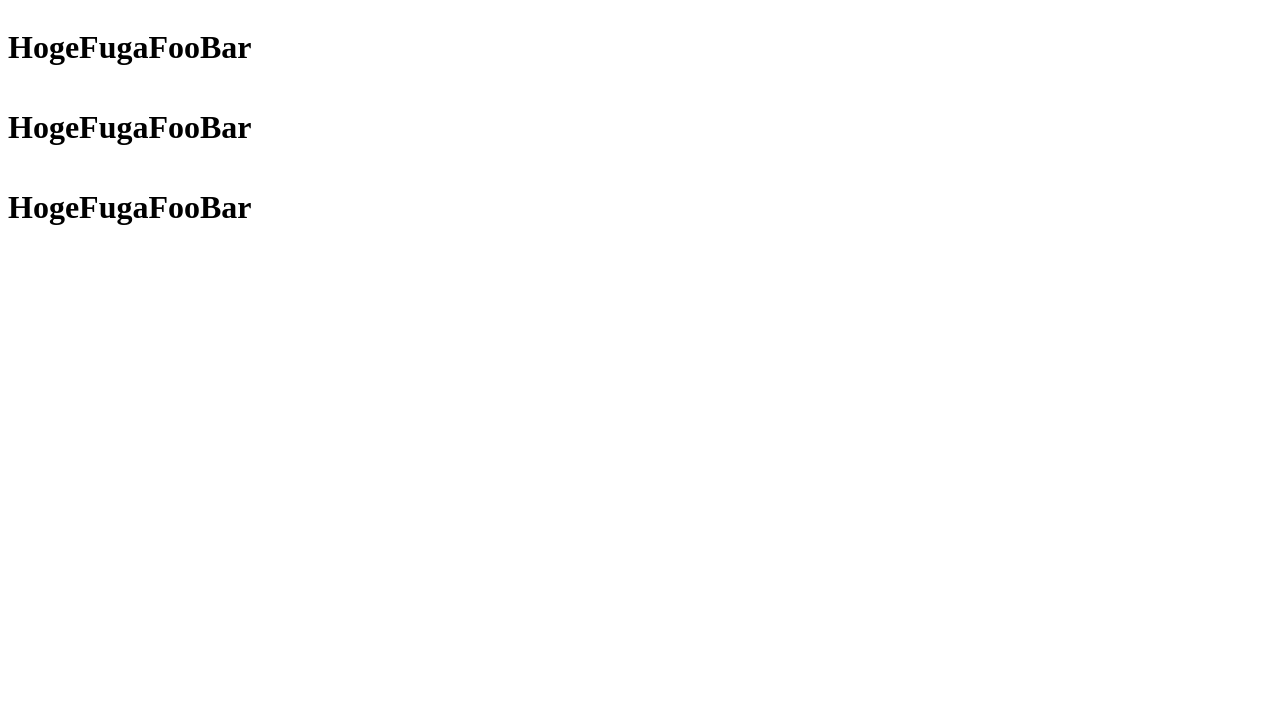
Repository: weld0814/samurai_HTML-css
Page: lesson14_flex-.html
The author's editor kept a record of every edit. The page is drawn from the files as they stood at one moment, then again after the next edit.
The browser window is 1280 px wide. The pictures show the whole page.

Above is the page before.

After the next edit:
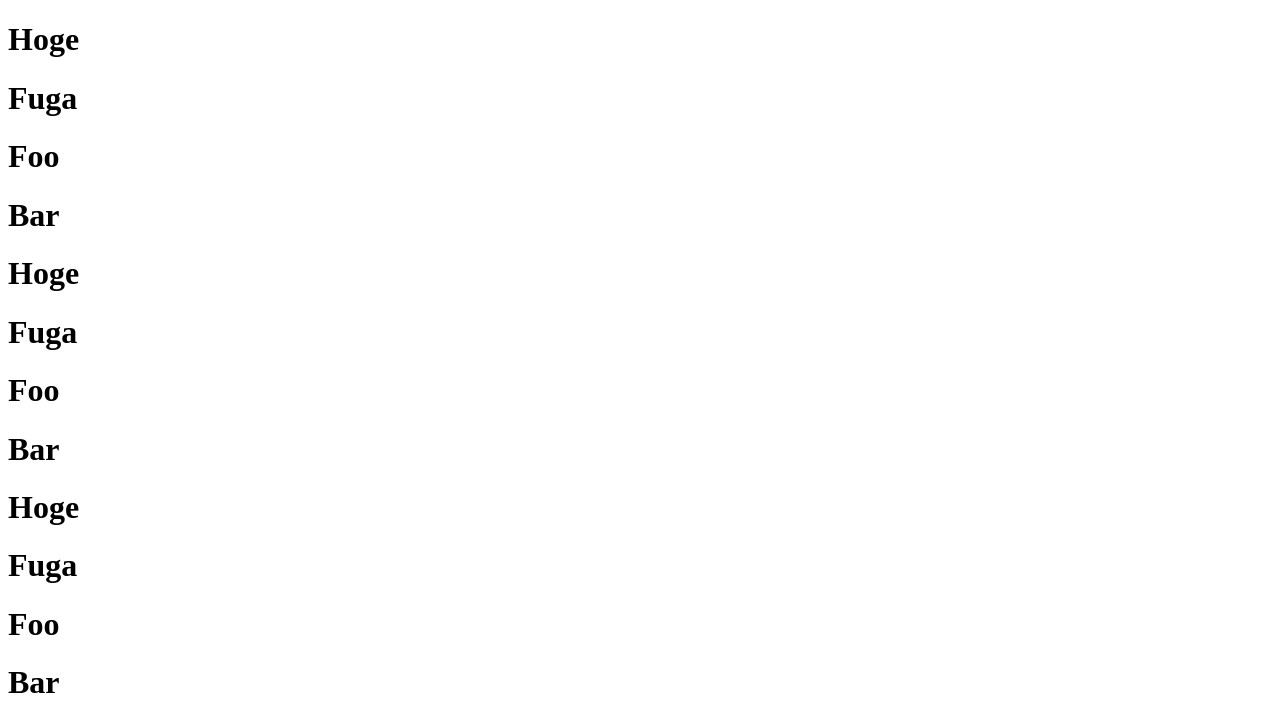
The edit:
--- a/lesson14_flex-.html
+++ b/lesson14_flex-.html
@@ -3,21 +3,6 @@
 <head>
     <meta charset="UTF-8">
     <style>
-        #no-wrap {
-            display: flex;
-            flex-wrap: nowrap;
-        }
-
-        #wrap {
-            display: flex;
-            flex-wrap: wrap;
-        }
-
-        #no-wrap {
-            display: flex;
-            flex-wrap: wrap-reverse;
-        }
-
 
     </style>
 </head>
